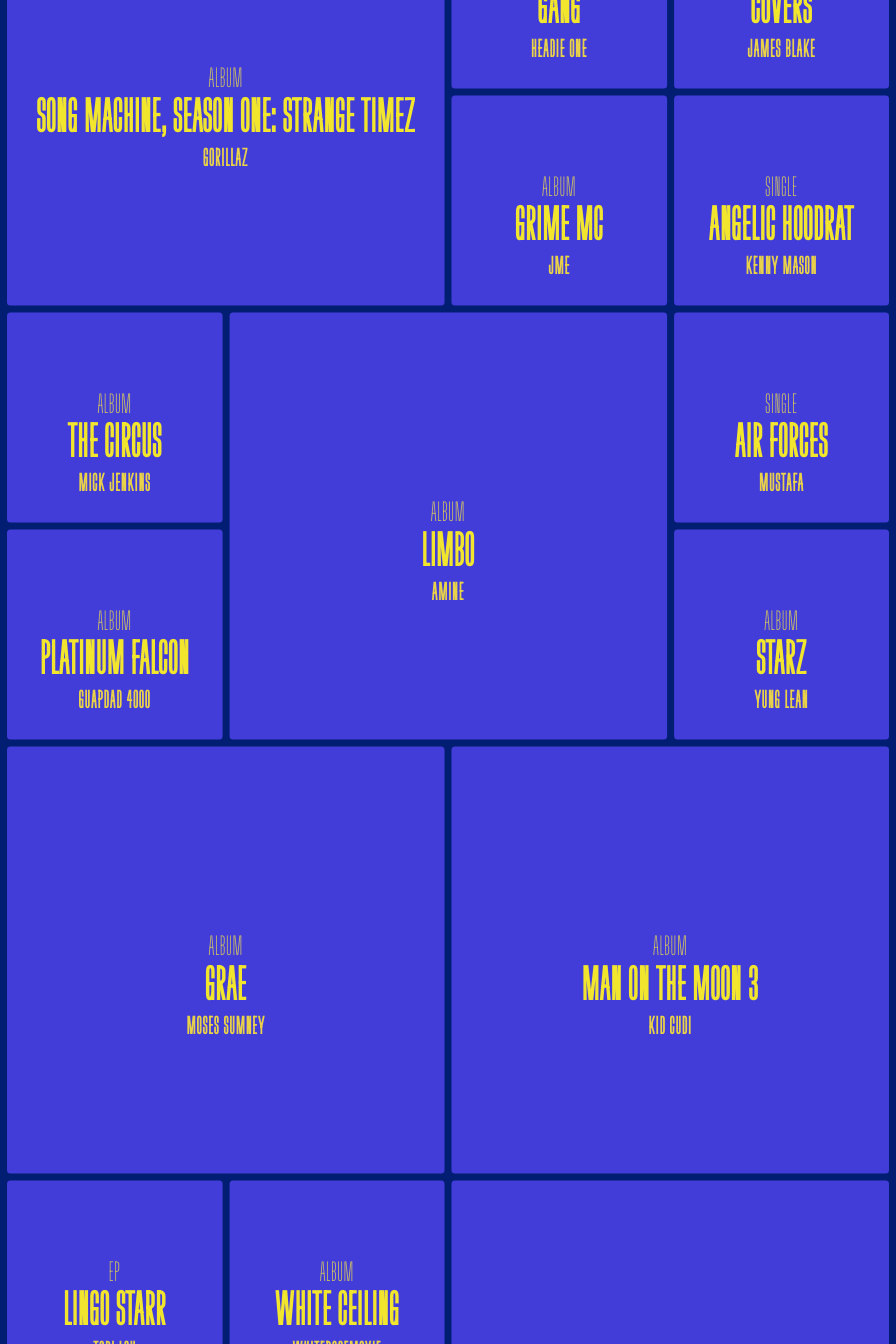
Repository: Spreceriany/musicly2020
Page: /
The author's editor kept a copy of each file at every save. The page is drawn from the files as they stood at one save, then again after the next save.
The browser window is 1280 px wide. The pictures show the part of the page from y = 3109 to 5029 px (the page is 6035 px tall), at 70% of full size.
Backgrounds fixed to the window are drawn as part of the page. The project was rebuilt for these pictures with package versions that can differ from the ones it lists, and the page was loaded fresh each time.

Above is the page before, as saved 2021-01-16 16:31:31.
Console error: ReferenceError: Blazy is not defined

### index.html
<!doctype html>
<html class="no-js" lang="">

<head>
  <meta charset="utf-8">
  <title></title>
  <meta name="description" content="">
  <meta name="viewport" content="width=device-width, initial-scale=1">

  <meta property="og:title" content="">
  <meta property="og:type" content="">
  <meta property="og:url" content="">
  <meta property="og:image" content="">

  <link rel="manifest" href="site.webmanifest">
  <link rel="apple-touch-icon" href="icon.png">
  <!-- Place favicon.ico in the root directory -->

  <link rel="stylesheet" href="css/main.css">

  <meta name="theme-color" content="#fafafa">
</head>

<body>

  <div class="intro-wrapper">
    <div class="intro-bg" id="intro-bg">

    </div>
    <h3 id="title">
      My favourite albums/singles of <span class="year">2020</span>
    </h3>
    <p id="title-desc">
      A collection of music I've been listening to throughout the year
    </p>
  </div>

  <div class="grid-layout">
    <div class="grid-item grid-item-1">
      <div class="image-container  data-tilt data-tilt-glare data-tilt-max-glare="0.8"">

        <a href="https://open.spotify.com/album/6wTyGUWGCilBFZ837k5aRi">
          <img data-src="img/21savage.jpg" class="b-lazy" alt="image">
        </a>
      </div>
      <div class="album-disc">
        <a href="https://open.spotify.com/album/6wTyGUWGCilBFZ837k5aRi">
          <p>Album</p>
          <h2>Savage Mode ||</h2>
          <h3>21 Savage & Metro Boomin</h3>
        </a>
      </div>
    </div>
    <div class="grid-item grid-item-2 ">
      <div class="image-container data-tilt-glare ">
        <a href="https://open.spotify.com/album/4yP0hdKOZPNshxUOjY0cZj">
        <img data-src="img/Weekend-After-Hours-p.jpg" alt="image" class="b-lazy">
      </a>
      </div>
      <div class="album-disc">
        <a href="https://open.spotify.com/album/4yP0hdKOZPNshxUOjY0cZj">
        <p>Album</p>
        <h2>After Hours</h2>
        <h3>The Weeknd</h3>
      </a>
      </div>
    </div>

    <div class="grid-item grid-item-4">
      <div class="image-container">
        <a href="https://open.spotify.com/album/7h4cJfXQZMUCzHdqh25ye6?highlight=spotify:track:5QAUGlyYPPnis3e8ln0qiz">
        <img data-src="img/jpegmafia.jpg" class="b-lazy"  alt="image" >
      </a>
      </div>
      <div class="album-disc">
        <a href="https://open.spotify.com/album/7h4cJfXQZMUCzHdqh25ye6?highlight=spotify:track:5QAUGlyYPPnis3e8ln0qiz">
        <p>Single</p>
        <h2>BALD!</h2>
        <h3>JPEGMAFIA</h3>
        </a>
      </div>
    </div>
    <div class="grid-item span-2 grid-item-5">
      <div class="image-container">
        <a href="https://open.spotify.com/album/3dkB97Zw0sisRWTn0Wokjg?highlight=spotify:track:20wMPnqHdNdBWaKRaMM7fD">
        <img data-src="img/slowthai-feel-away.jpg" class="b-lazy" alt="image" >
      </a>
      </div>
      <div class="album-disc">
        <a href="https://open.spotify.com/album/3dkB97Zw0sisRWTn0Wokjg?highlight=spotify:track:20wMPnqHdNdBWaKRaMM7fD">
        <p>Single</p>
        <h2>Feel Away</h2>
        <h3>Slowthai feat. James Blake</h3>
      </a>
      </div>
    </div>
    <div class="grid-item grid-item-6">
      <div class="image-container">
        <a href="https://open.spotify.com/album/121Hqnfr9tMBdL0LJuIstL">
        <img data-src="img/dawson.jpg" class="b-lazy"  alt="image" >
      </a>
      </div>
      <div class="album-disc">
        <a href="https://open.spotify.com/album/121Hqnfr9tMBdL0LJuIstL">
        <p>Album</p>
        <h2>Pixel Bath</h2>
        <h3>Jean Daawson</h3>
      </a>
      </div>
    </div>
    <div class="grid-item span-2 grid-item-7">
      <div class="image-container">
        <a href="https://open.spotify.com/album/5LsyqeWryTmxsmda4xkm5a">
        <img data-src="img/denzel.jpg" class="b-lazy"  alt="image" >
      </a>
      </div>
      <div class="album-disc">
        <a href="https://open.spotify.com/album/5LsyqeWryTmxsmda4xkm5a">
        <p>Album</p>
        <h2>UNLOCKED</h2>
        <h3>Denzel Curry</h3>
      </a>
      </div>
    </div>
    <div class="grid-item span-2 grid-item-8">
      <div class="image-container">
        <a href="https://open.spotify.com/album/1YZ3k65Mqw3G8FzYlW1mmp">
        <img data-src="img/circles.jpeg" class="b-lazy" alt="image" >
      </a>
      </div>
      <div class="album-disc">
        <a href="https://open.spotify.com/album/1YZ3k65Mqw3G8FzYlW1mmp">
        <p>Album</p>
        <h2>Circles</h2>
        <h3>Mac Miller</h3>
      </a>
      </div>
    </div>
    <div class="grid-item span-2 grid-item-9">

      <div class="image-container">
        <a href="https://open.spotify.com/album/31qVWUdRrlb8thMvts0yYL">
        <img data-src="img/tame_impala.jpg" class="b-lazy" alt="image" >
      </a>
      </div>
      <div class="album-disc">
        <a href="https://open.spotify.com/album/31qVWUdRrlb8thMvts0yYL">
        <p>Album</p>
        <h2>Slow Rush</h2>
        <h3>Tame Impala</h3>
      </a>
      </div>
    </div>
    <div class="grid-item grid-item-10">

      <div class="image-container">
        <a href="https://open.spotify.com/album/3SucuvOplRzjCm602c5XuK">
         <img data-src="img/berwyn.jpg" class="b-lazy" alt="image" >
        </a>
      </div>
      <div class="album-disc">
        <a href="https://open.spotify.com/album/3SucuvOplRzjCm602c5XuK">
        <p>Album</p>
        <h2>Demotape/Vega</h2>
        <h3>Berwyn</h3>
      </a>
      </div>

    </div>
    <div class="grid-item grid-item-11 span-2">
      <div class="image-container">
        <a href="https://open.spotify.com/album/66eXLlqksAwNndmHaHWtCq">
        <img data-src="img/clams_casino.jpg" class="b-lazy" alt="image" >
      </a>
      </div>
      <div class="album-disc">
        <a href="https://open.spotify.com/album/66eXLlqksAwNndmHaHWtCq">
        <p>Album</p>
        <h2>Intrumental Relics</h2>
        <h3>Clams Casino</h3>
      </a>
      </div>
    </div>
    <div class="grid-item span-2 grid-item-12">
      <div class="image-container">
        <a href="https://open.spotify.com/album/5I9K0u8r52jp4Y2bF8mOaz">
        <img data-src="img/gorillaz.jpg" class="b-lazy" alt="image" >
      </a>
      </div>
      <div class="album-disc">
        <a href="https://open.spotify.com/album/5I9K0u8r52jp4Y2bF8mOaz">
        <p>Album</p>
        <h2>Song Machine, Season One: Strange Timez</h2>
        <h3>Gorillaz</h3>
      </a>
      </div>
    </div>
    <div class="grid-item  grid-item-13">
      <div class="image-container">
        <a href="">
        <img data-src="img/dearapril.jpg" class="b-lazy" alt="image" >
      </a>
      </div>
      <div class="album-disc">
        <a href="">
        <p>Single</p>
        <h2>Dear April</h2>
        <h3>Frank Ocean</h3>
      </a>
      </div>
    </div>
    <div class="grid-item grid-item-14">
      <div class="image-container">
        <a href="">
        <img data-src="img/frank_cayendo.jpg" class="b-lazy"  alt="image" >
      </a>
      </div>
      <div class="album-disc">
        <a href="">
        <p>Single</p>
        <h2>Cayendo</h2>
        <h3>Frank Ocean</h3>
      </a>
      </div>
    </div>
    <div class="grid-item grid-item-15">
      <div class="image-container">
        <a href="">
        <img data-src="img/guapdad.png" class="b-lazy" alt="image" >
      </a>
      </div>
      <div class="album-disc">
        <a href="">
        <p>Single</p>
        <h2>Lil Scammer That Could</h2>
        <h3>Guapdad 4000 feat. Denzel Curry</h3>
      </a>
      </div>
    </div>
    <div class="grid-item grid-item-16">
      <div class="image-container">
        <a href="">
        <img data-src="img/headie.jpg" class="b-lazy" alt="image" >
      </a>
      </div>
      <div class="album-disc">
        <a href="">
        <p>Album</p>
        <h2>GANG</h2>
        <h3>Headie One</h3>
      </a>
      </div>
    </div>
    <div class="grid-item span-3 grid-item-17">
      <div class="image-container">
        <a href="">
        <img data-src="img/james-blake.jpg" class="b-lazy" alt="image" >
      </a>
      </div>
      <div class="album-disc">
        <a href="">
        <p>Ep</p>
        <h2>Covers</h2>
        <h3>James Blake</h3>
      </a>
      </div>
    </div>
    <div class="grid-item grid-item-18">
      <div class="image-container">
        <a href="">
        <img data-src="img/jme.jpg" class="b-lazy" alt="image" >
      </a>
      </div>
      <div class="album-disc">
        <a href="">
        <p>Album</p>
        <h2>Grime MC</h2>
        <h3>JME</h3>
      </a>
      </div>
    </div>
    <div class="grid-item grid-item-19">
      <div class="image-container">
        <a href="">
        <img data-src="img/kenny.jpg" class="b-lazy" alt="image" >
      </a>
      </div>
      <div class="album-disc">
        <a href="">
        <p>Single</p>
        <h2>Angelic Hoodrat</h2>
        <h3>Kenny Mason</h3>
      </a>
      </div>
    </div>

    <div class="grid-item  grid-item-21">
      <div class="image-container">
        <a href="">
        <img data-src="img/mick.png" class="b-lazy" alt="image" >
      </a>
      </div>
      <div class="album-disc">
        <a href="">
        <p>Album</p>
        <h2>The Circus</h2>
        <h3>Mick Jenkins</h3>
      </a>
      </div>

    </div>
    <div class="grid-item span-2 grid-item-20">
      <div class="image-container">
        <a href="">
        <img data-src="img/limbo_amine.jpg" class="b-lazy" alt="image" >
      </a>
      </div>
      <div class="album-disc">
        <a href="">
        <p>Album</p>
        <h2>Limbo</h2>
        <h3>Amine</h3>
      </a>
      </div>
    </div>
    <div class="grid-item span-2 grid-item-22">
      <div class="image-container">
        <a href="">
        <img data-src="img/moses.jpg" class="b-lazy" alt="image" >
      </a>
      </div>
      <div class="album-disc">
        <a href="">
        <p>Album</p>
        <h2>grae</h2>
        <h3>Moses Sumney</h3>
      </a>
      </div>
    </div>
    <div class="grid-item grid-item-23">
      <div class="image-container">
        <a href="">
        <img data-src="img/mustafa.png" class="b-lazy" alt="image" >
      </a>
      </div>
      <div class="album-disc">
        <a href="">
        <p>Single</p>
        <h2>Air Forces</h2>
        <h3>Mustafa</h3>
      </a>
      </div>
    </div>
    <div class="grid-item grid-item-24">
      <div class="image-container">
        <a href="">
        <img data-src="img/platinum falcon.jpg" class="b-lazy" alt="image" >
      </a>
      </div>
      <div class="album-disc">
        <a href="">
        <p>Album</p>
        <h2>Platinum Falcon</h2>
        <h3>Guapdad 4000</h3>
      </a>
      </div>
    </div>
    <div class="grid-item span-2 grid-item-25">
      <div class="image-container">
        <a href="">
        <img data-src="img/motm3.jpg" class="b-lazy" alt="image" >
      </a>
      </div>
      <div class="album-disc">
        <a href="">
        <p>Album</p>
        <h2>Man on the Moon 3</h2>
        <h3>Kid Cudi</h3>
      </a>
      </div>
    </div>
    <div class="grid-item  grid-item-26">
      <div class="image-container">
        <a href="">
        <img data-src="img/yung_lean.png" class="b-lazy"   alt="image" >
      </a>
      </div>
      <div class="album-disc">
        <a href="">
        <p>Album</p>
        <h2>Starz</h2>
        <h3>Yung Lean</h3>
      </a>
      </div>
    </div>
    <div class="grid-item  grid-item-26">
      <div class="image-container">
        <a href="">
        <img data-src="img/tobi.jpg" class="b-lazy"  alt="image" >
      </a>
      </div>
      <div class="album-disc">
        <a href="">
        <p>EP</p>
        <h2>LINGO STARR</h2>
        <h3>tobi lou</h3>
      </a>
      </div>
    </div>
    <div class="grid-item  grid-item-26">
      <div class="image-container">
        <a href="">
        <img data-src="img/whiterose.jpg" class="b-lazy"  alt="image" >
      </a>
      </div>
      <div class="album-disc">
        <a href="">
        <p>Album</p>
        <h2>white ceiling</h2>
        <h3>whiterosemoxie</h3>
      </a>
      </div>
    </div>
    <div class="grid-item span-2 grid-item-26">
      <div class="image-container">
        <a href="">
        <img data-src="img/spiligion.png" class="b-lazy" alt="image" >
      </a>
      </div>
      <div class="album-disc">
        <a href="">
        <p>Album</p>
        <h2>Spligion</h2>
        <h3>Spillage Village</h3>
      </a>
      </div>
    </div>
    <div class="grid-item  grid-item-26">
      <div class="image-container">
        <a href="">
        <img data-src="img/kota.jpg" class="b-lazy" alt="image" >
      </a>
      </div>
      <div class="album-disc">
        <a href="">
        <p>Album</p>
        <h2>EVERYTHING</h2>
        <h3>Kota the Friend</h3>
      </a>
      </div>
    </div>
    <div class="grid-item  grid-item-26">
      <div class="image-container">
        <a href="">
        <img data-src="img/rapper-weed.jpg" class="b-lazy" alt="image" >
      </a>
      </div>
      <div class="album-disc">
        <a href="">
        <p>Single</p>
        <h2>Rapper Weed</h2>
        <h3>SiR</h3>
      </a>
      </div>
    </div>
    <div class="grid-item span-2 grid-item-27">
      <div class="image-container">
        <a href="">
        <img data-src="img/strokes.jpg" class="b-lazy"  alt="image" >
      </a>
      </div>
      <div class="album-disc">
        <a href="">
        <p>Album</p>
        <h2>The New Abnormal</h2>
        <h3>The Strokes</h3>
      </a>
      </div>
    </div>



  </div>




  <script src="js/vendor/modernizr-3.11.2.min.js"></script>
  <script src="js/plugins.js"></script>
  <script defer src="js/main.js"></script>
  <script src="js/blazy.js"></script>
  <script src="js/gsap-public/gsap-public/minified/gsap.min.js"></script>
  <script src="js/vanilla-tilt.min.js"></script>
  <!-- Google Analytics: change UA-XXXXX-Y to be your site's ID. -->
  <script>
    var blazy = new Blazy({
      offset:400
    });
  </script>

  <script type="text/javascript">
    VanillaTilt.init(document.querySelectorAll(".image-container"), {
      max: 10,
      speed: 700,
      glare:true,
      gyroscope:false,


      "max-glare":.6,
    });

    //It also supports NodeList
    VanillaTilt.init(document.querySelectorAll(".image-container"));
  </script>

  <script src="https://www.google-analytics.com/analytics.js" async></script>
</body>

</html>

Loaded but not shown: js/vendor/modernizr-3.11.2.min.js (library); js/gsap-public/gsap-public/minified/gsap.min.js (library); js/vanilla-tilt.min.js (library); js/blazy.js (370 lines, source omitted); js/plugins.js (24 lines, source omitted); js/main.js (6 lines, source omitted); css/main.css (231 lines, source omitted)

After the next save:
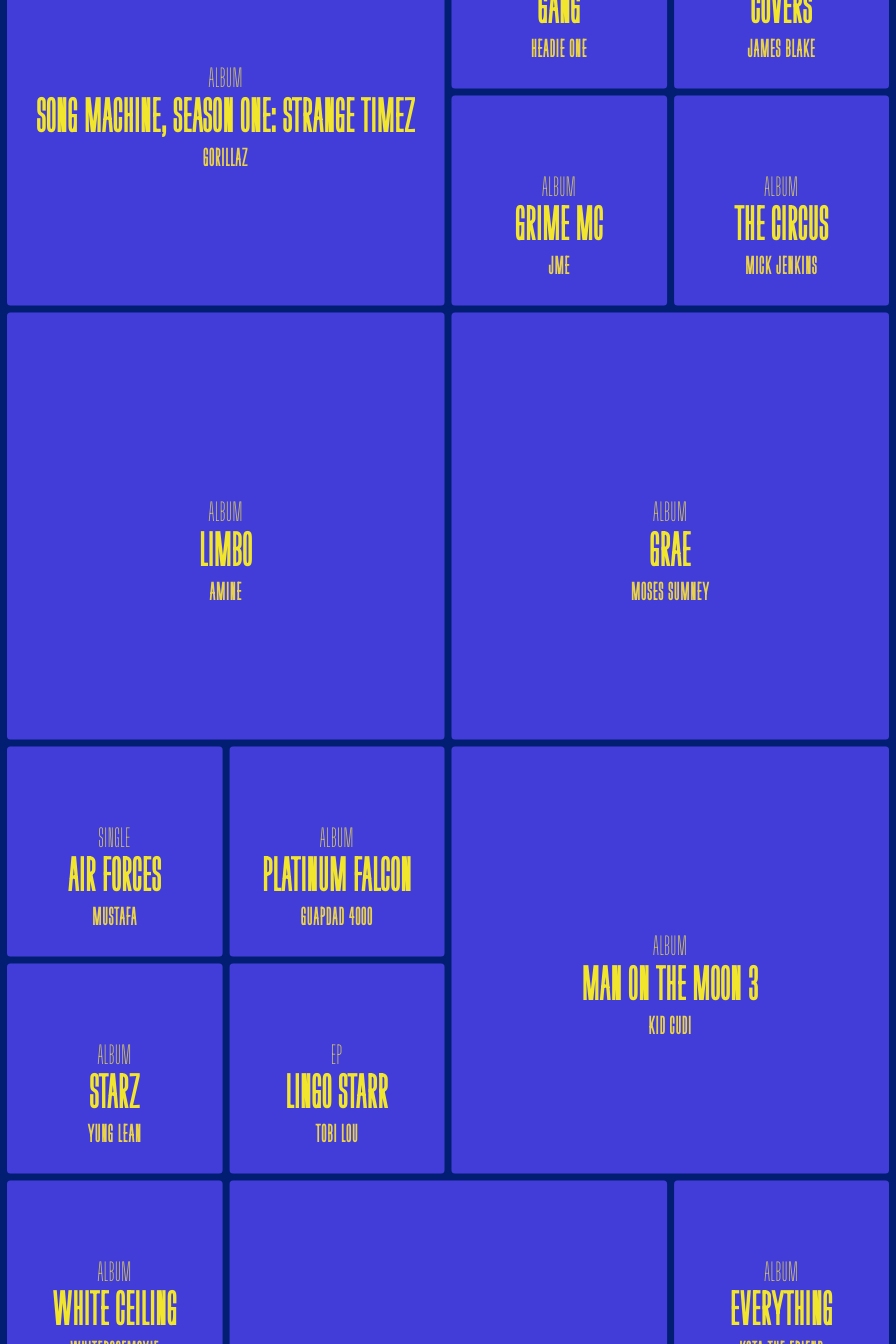
Saved 22 min 25 s later.
--- a/index.html
+++ b/index.html
@@ -197,12 +197,12 @@
     </div>
     <div class="grid-item  grid-item-13">
       <div class="image-container">
-        <a href="">
+        <a href="https://open.spotify.com/album/4XPUXLAWXqM3uWMTucItjd?highlight=spotify:track:62ljuuXo0zrcrtJnnOhfxT">
         <img data-src="img/dearapril.jpg" class="b-lazy" alt="image" >
       </a>
       </div>
       <div class="album-disc">
-        <a href="">
+        <a href="https://open.spotify.com/album/4XPUXLAWXqM3uWMTucItjd?highlight=spotify:track:62ljuuXo0zrcrtJnnOhfxT">
         <p>Single</p>
         <h2>Dear April</h2>
         <h3>Frank Ocean</h3>
@@ -211,12 +211,12 @@
     </div>
     <div class="grid-item grid-item-14">
       <div class="image-container">
-        <a href="">
+        <a href="https://open.spotify.com/album/0FAWfXvd58Rm2VUSZMF8pr">
         <img data-src="img/frank_cayendo.jpg" class="b-lazy"  alt="image" >
       </a>
       </div>
       <div class="album-disc">
-        <a href="">
+        <a href="https://open.spotify.com/album/0FAWfXvd58Rm2VUSZMF8pr">
         <p>Single</p>
         <h2>Cayendo</h2>
         <h3>Frank Ocean</h3>
@@ -225,12 +225,12 @@
     </div>
     <div class="grid-item grid-item-15">
       <div class="image-container">
-        <a href="">
+        <a href="https://open.spotify.com/album/7ks5r98qyspJvfoJtXgdj4?highlight=spotify:track:2nSKol7UyxwffI6jLYTuUd">
         <img data-src="img/guapdad.png" class="b-lazy" alt="image" >
       </a>
       </div>
       <div class="album-disc">
-        <a href="">
+        <a href="https://open.spotify.com/album/7ks5r98qyspJvfoJtXgdj4?highlight=spotify:track:2nSKol7UyxwffI6jLYTuUd">
         <p>Single</p>
         <h2>Lil Scammer That Could</h2>
         <h3>Guapdad 4000 feat. Denzel Curry</h3>
@@ -239,12 +239,12 @@
     </div>
     <div class="grid-item grid-item-16">
       <div class="image-container">
-        <a href="">
+        <a href="https://open.spotify.com/album/5971dUyMLcsZa7IBioI7lP?highlight=spotify:track:1iUWofqtdh9FLzZooLBDw2">
         <img data-src="img/headie.jpg" class="b-lazy" alt="image" >
       </a>
       </div>
       <div class="album-disc">
-        <a href="">
+        <a href="https://open.spotify.com/album/5971dUyMLcsZa7IBioI7lP?highlight=spotify:track:1iUWofqtdh9FLzZooLBDw2">
         <p>Album</p>
         <h2>GANG</h2>
         <h3>Headie One</h3>
@@ -253,12 +253,12 @@
     </div>
     <div class="grid-item span-3 grid-item-17">
       <div class="image-container">
-        <a href="">
+        <a href="https://open.spotify.com/album/7saSlN9qdW5wKoN4M9nNRq">
         <img data-src="img/james-blake.jpg" class="b-lazy" alt="image" >
       </a>
       </div>
       <div class="album-disc">
-        <a href="">
+        <a href="https://open.spotify.com/album/7saSlN9qdW5wKoN4M9nNRq">
         <p>Ep</p>
         <h2>Covers</h2>
         <h3>James Blake</h3>
@@ -267,32 +267,19 @@
     </div>
     <div class="grid-item grid-item-18">
       <div class="image-container">
-        <a href="">
+        <a href="https://open.spotify.com/album/5o5xRlwkhpipPC0jGi2Sm2">
         <img data-src="img/jme.jpg" class="b-lazy" alt="image" >
       </a>
       </div>
       <div class="album-disc">
-        <a href="">
+        <a href="https://open.spotify.com/album/5o5xRlwkhpipPC0jGi2Sm2">
         <p>Album</p>
         <h2>Grime MC</h2>
         <h3>JME</h3>
       </a>
       </div>
     </div>
-    <div class="grid-item grid-item-19">
-      <div class="image-container">
-        <a href="">
-        <img data-src="img/kenny.jpg" class="b-lazy" alt="image" >
-      </a>
-      </div>
-      <div class="album-disc">
-        <a href="">
-        <p>Single</p>
-        <h2>Angelic Hoodrat</h2>
-        <h3>Kenny Mason</h3>
-      </a>
-      </div>
-    </div>
+
 
     <div class="grid-item  grid-item-21">
       <div class="image-container">

After the save that followed:
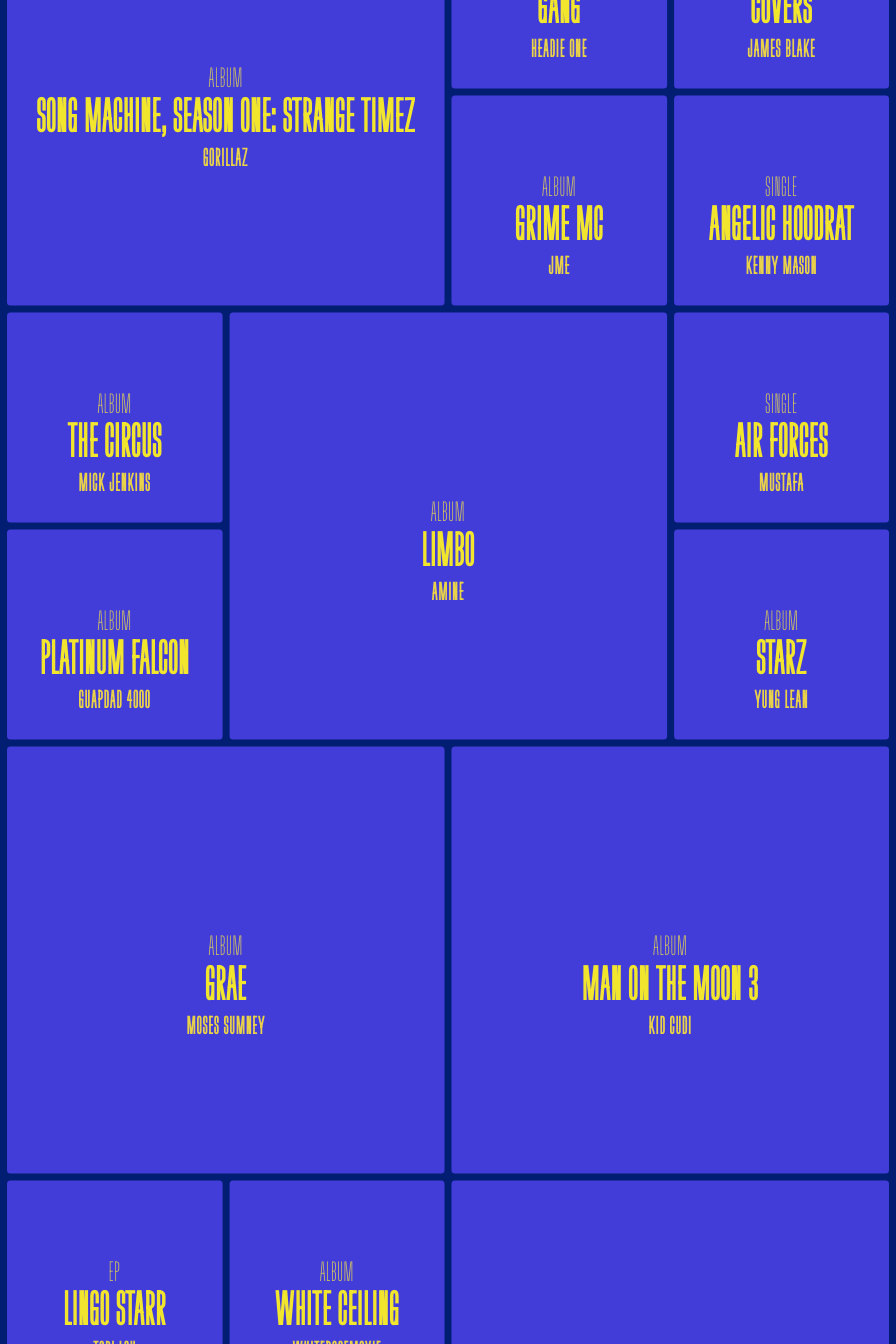
Saved 9 min 33 s later.
--- a/index.html
+++ b/index.html
@@ -279,7 +279,20 @@
       </a>
       </div>
     </div>
-
+    <div class="grid-item grid-item-19">
+      <div class="image-container">
+        <a href="">
+        <img data-src="img/kenny.jpg" class="b-lazy" alt="image" >
+      </a>
+      </div>
+      <div class="album-disc">
+        <a href="">
+        <p>Single</p>
+        <h2>Angelic Hoodrat</h2>
+        <h3>Kenny Mason</h3>
+      </a>
+      </div>
+    </div>
 
     <div class="grid-item  grid-item-21">
       <div class="image-container">
